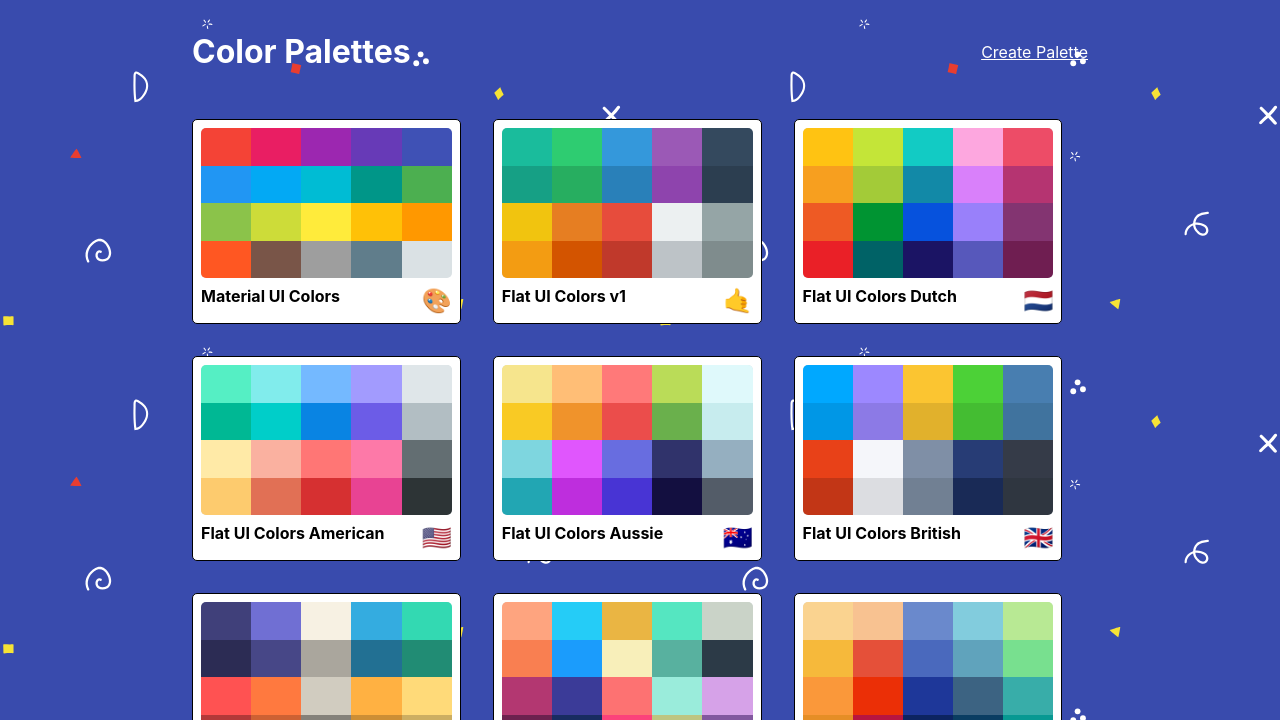
Repository: zhapar/colors-app
Page: /
These files come from the project's save history. The page is drawn as it stood at one moment and after the next save; the edit follows.
The browser window is 1280 px wide. The pictures show the whole page.
An inner scrolling area shows only its first screen. The project was rebuilt for these pictures with package versions that can differ from the ones it lists, and the page was loaded fresh each time. Also part of the build but not shown: src/styles/ColorBoxStyles.js, src/ColorBox.js, src/styles/PaletteFooterStyles.js, src/PaletteFooter.js, src/styles/PaletteStyles.js, src/Palette.js, src/SingleColorPalette.js. Imported but missing from the stored project, and not drawn on this page: src/Navbar, src/NewPaletteForm.

Above is the page before, as saved 2020-09-24 08:35:14.

### public/index.html
<!DOCTYPE html>
<html lang="en">
  <head>
    <meta charset="utf-8" />
    <link rel="icon" href="%PUBLIC_URL%/logo.png" />
    <meta name="viewport" content="width=device-width, initial-scale=1" />
    <meta name="theme-color" content="#000000" />
    <meta
      name="description"
      content="Web site created using create-react-app"
    />
    <link rel="apple-touch-icon" href="%PUBLIC_URL%/logo.png" />
    <!--
      manifest.json provides metadata used when your web app is installed on a
      user's mobile device or desktop. See https://developers.google.com/web/fundamentals/web-app-manifest/
    -->
    <link rel="manifest" href="%PUBLIC_URL%/manifest.json" />
    <!--
      Notice the use of %PUBLIC_URL% in the tags above.
      It will be replaced with the URL of the `public` folder during the build.
      Only files inside the `public` folder can be referenced from the HTML.

      Unlike "/favicon.ico" or "favicon.ico", "%PUBLIC_URL%/favicon.ico" will
      work correctly both with client-side routing and a non-root public URL.
      Learn how to configure a non-root public URL by running `npm run build`.
    -->
    <title>React Color Palettes</title>
  </head>
  <body>
    <noscript>You need to enable JavaScript to run this app.</noscript>
    <div id="root"></div>
    <!--
      This HTML file is a template.
      If you open it directly in the browser, you will see an empty page.

      You can add webfonts, meta tags, or analytics to this file.
      The build step will place the bundled scripts into the <body> tag.

      To begin the development, run `npm start` or `yarn start`.
      To create a production bundle, use `npm run build` or `yarn build`.
    -->
  </body>
</html>

### src/App.js
import React, { Component } from "react";
import { Switch, Route } from "react-router-dom";
import { TransitionGroup, CSSTransition } from "react-transition-group";
import PaletteList from "./PaletteList";
import Palette from "./Palette";
import NewPaletteForm from "./NewPaletteForm";
import SingleColorPalette from "./SingleColorPalette";
import Page from "./Page";
import seedColors from "./seedColors";
import { generatePalette } from "./colorHelpers";

class App extends Component {
  constructor(props) {
    super(props);
    const savedPalettes = JSON.parse(window.localStorage.getItem("palettes"));
    this.state = {
      palettes: savedPalettes || seedColors,
    };
    this.savePalette = this.savePalette.bind(this);
    this.deletePalette = this.deletePalette.bind(this);
  }
  findPalette(id) {
    return this.state.palettes.find(function (palette) {
      return palette.id === id;
    });
  }
  savePalette(newPalette) {
    this.setState(
      { palettes: [...this.state.palettes, newPalette] },
      this.syncLocalStorage
    );
  }
  deletePalette(id) {
    this.setState(
      (st) => ({
        palettes: st.palettes.filter((palette) => palette.id !== id),
      }),
      this.syncLocalStorage
    );
  }
  syncLocalStorage() {
    window.localStorage.setItem(
      "palettes",
      JSON.stringify(this.state.palettes)
    );
  }
  render() {
    const { palettes } = this.state;
    return (
      <Route
        render={({ location }) => (
          <TransitionGroup>
            <CSSTransition key={location.key} classNames="fade" timeout={500}>
              <Switch location={location}>
                <Route
                  exact
                  path="/palette/new"
                  render={(routeProps) => (
                    <Page>
                      <NewPaletteForm
                        savePalette={this.savePalette}
                        palettes={palettes}
                        {...routeProps}
                      />
                    </Page>
                  )}
                />
                <Route
                  exact
                  path="/"
                  render={(routeProps) => (
                    <Page>
                      <PaletteList
                        palettes={palettes}
                        {...routeProps}
                        deletePalette={this.deletePalette}
                      />
                    </Page>
                  )}
                />
                <Route
                  exact
                  path="/palette/:id"
                  render={(routeProps) => (
                    <Page>
                      <Palette
                        palette={generatePalette(
                          this.findPalette(routeProps.match.params.id)
                        )}
                      />
                    </Page>
                  )}
                />
                <Route
                  exact
                  path="/palette/:paletteId/:colorId"
                  render={(routeProps) => (
                    <Page>
                      <SingleColorPalette
                        palette={generatePalette(
                          this.findPalette(routeProps.match.params.paletteId)
                        )}
                        colorId={routeProps.match.params.colorId}
                      />
                    </Page>
                  )}
                />
                <Route
                  render={(routeProps) => (
                    <Page>
                      <PaletteList
                        palettes={palettes}
                        {...routeProps}
                        deletePalette={this.deletePalette}
                      />
                    </Page>
                  )}
                />
              </Switch>
            </CSSTransition>
          </TransitionGroup>
        )}
      />

      // <div>
      //   <Palette palette={generatePalette(seedColors[1])} />
      // </div>
    );
  }
}

export default App;

### src/PaletteList.js
import React, { PureComponent } from "react";
import { TransitionGroup, CSSTransition } from "react-transition-group";
import { Link } from "react-router-dom";
import MiniPalette from "./MiniPalette";
import { withStyles } from "@material-ui/styles";
import Dialog from "@material-ui/core/Dialog";
import List from "@material-ui/core/List";
import ListItem from "@material-ui/core/ListItem";
import ListItemText from "@material-ui/core/ListItemText";
import Avatar from "@material-ui/core/Avatar";
import ListItemAvatar from "@material-ui/core/ListItemAvatar";
import CheckIcon from "@material-ui/icons/Check";
import CloseIcon from "@material-ui/icons/Close";
import DialogTitle from "@material-ui/core/DialogTitle";
import styles from "./styles/PaletteListStyles";
import blue from "@material-ui/core/colors/blue";
import red from "@material-ui/core/colors/red";

class PaletteList extends PureComponent {
  constructor(props) {
    super(props);
    this.state = {
      isDeleteDialogOpen: false,
      deletingItemId: "",
    };
    this.openDialog = this.openDialog.bind(this);
    this.closeDialog = this.closeDialog.bind(this);
    this.handleDelete = this.handleDelete.bind(this);
    this.goToPalette = this.goToPalette.bind(this);
  }

  openDialog(id) {
    this.setState({ isDeleteDialogOpen: true, deletingItemId: id });
  }

  closeDialog() {
    this.setState({ isDeleteDialogOpen: false, deletingItemId: "" });
  }

  handleDelete() {
    this.props.deletePalette(this.state.deletingItemId);
    this.closeDialog();
  }

  goToPalette(id) {
    this.props.history.push(`/palette/${id}`);
  }
  render() {
    const { palettes, classes } = this.props;
    const { isDeleteDialogOpen } = this.state;
    return (
      <div className={classes.root}>
        <div className={classes.container}>
          <nav className={classes.nav}>
            <h1 className={classes.title}>Color Palettes</h1>
            <Link to="/palette/new">Create Palette</Link>
          </nav>
          <TransitionGroup className={classes.palettes}>
            {palettes.map((palette) => (
              <CSSTransition key={palette.id} classNames="fade" timeout={500}>
                <MiniPalette
                  {...palette}
                  key={palette.id}
                  goToPalette={this.goToPalette}
                  handleDelete={this.openDialog}
                />
              </CSSTransition>
            ))}
          </TransitionGroup>
        </div>
        <Dialog
          open={isDeleteDialogOpen}
          aria-labelledby="delete-dialog-title"
          onClose={this.closeDialog}
        >
          <DialogTitle id="delete-dialog-title">
            Delete This Palette?
          </DialogTitle>

          <List>
            <ListItem button onClick={this.handleDelete}>
              <ListItemAvatar>
                <Avatar
                  style={{ backgroundColor: blue[100], color: blue[600] }}
                >
                  <CheckIcon />
                </Avatar>
              </ListItemAvatar>
              <ListItemText primary="Delete" />
            </ListItem>
            <ListItem button onClick={this.closeDialog}>
              <ListItemAvatar>
                <Avatar style={{ backgroundColor: red[100], color: red[600] }}>
                  <CloseIcon />
                </Avatar>
              </ListItemAvatar>
              <ListItemText primary="Cancel" />
            </ListItem>
          </List>
        </Dialog>
      </div>
    );
  }
}

export default withStyles(styles)(PaletteList);

### src/Page.js
import React from "react";
import "./styles/Page.css";

function Page({ children }) {
  return <section className="page">{children}</section>;
}

export default Page;

### src/colorHelpers.js
import chroma from "chroma-js";

const levels = [50, 100, 200, 300, 400, 500, 600, 700, 800, 900];

function generatePalette(starterPalette) {
  let newPalette = {
    paletteName: starterPalette.paletteName,
    id: starterPalette.id,
    emoji: starterPalette.emoji,
    colors: {},
  };
  for (let level of levels) {
    newPalette.colors[level] = [];
  }
  for (let color of starterPalette.colors) {
    let scale = getScale(color.color, 10).reverse();
    for (let i in scale) {
      newPalette.colors[levels[i]].push({
        name: `${color.name} ${levels[i]}`,
        id: color.name.toLowerCase().replace(/ /g, "-"),
        hex: scale[i],
        rgb: chroma(scale[i]).css(),
        rgba: chroma(scale[i])
          .css()
          .replace("rgb", "rgba")
          .replace(")", ",1.0)"),
      });
    }
  }

  return newPalette;
}

function getRange(hexColor) {
  const end = "#fff";
  return [chroma(hexColor).darken(1.4).hex(), hexColor, end];
}

function getScale(hexColor, numberOfColors) {
  return chroma.scale(getRange(hexColor)).mode("lab").colors(numberOfColors);
}

export { generatePalette };

### src/MiniPalette.js
import React, { Component } from "react";
import { withStyles } from "@material-ui/styles";
import DeleteIcon from "@material-ui/icons/Delete";
import styles from "./styles/MiniPaletteStyles";

class MiniPalette extends Component {
  constructor(props) {
    super(props);
    this.handleDelete = this.handleDelete.bind(this);
    this.handleClick = this.handleClick.bind(this);
  }

  handleDelete(e) {
    e.stopPropagation();
    this.props.handleDelete(this.props.id);
  }

  handleClick() {
    this.props.goToPalette(this.props.id);
  }

  render() {
    const { classes, paletteName, emoji, colors } = this.props;

    const miniColorBoxes = colors.map((color) => (
      <div
        className={classes.miniColor}
        style={{ backgroundColor: color.color }}
        key={color.name}
      ></div>
    ));
    return (
      <div className={classes.root} onClick={this.handleClick}>
        <DeleteIcon
          className={classes.deleteIcon}
          style={{ transition: "all 0.3s ease-in-out" }}
          onClick={this.handleDelete}
        />
        <div className={classes.colors}>{miniColorBoxes}</div>
        <h5 className={classes.title}>
          {paletteName} <span className={classes.emoji}>{emoji}</span>{" "}
        </h5>
      </div>
    );
  }
}

export default withStyles(styles)(MiniPalette);

### src/styles/PaletteListStyles.js
import sizes from "./sizes";
import bg from "./bg.svg";

export default {
  "@global": {
    ".fade-exit": {
      opacity: "1",
    },
    ".fade-exit-active": {
      opacity: "0",
      transition: "opacity 500ms ease-out",
    },
  },
  root: {
    height: "100vh",
    display: "flex",
    alignItems: "flex-start",
    justifyContent: "center",
    // background by SVGBackgrounds.com
    backgroundColor: "#394bad",
    backgroundImage: `url(${bg})`,
    overflowY: "scroll",
  },
  title: {
    fontSize: "2rem",
    [sizes.down("xs")]: {
      fontSize: "1.6rem",
    },
  },
  container: {
    width: "55%",
    display: "flex",
    alignItems: "flex-start",
    flexDirection: "column",
    flexWrap: "wrap",
    [sizes.down("xl")]: {
      width: "70%",
    },
  },
  nav: {
    display: "flex",
    width: "100%",
    justifyContent: "space-between",
    alignItems: "center",
    color: "#fff",
    [sizes.down("xs")]: {
      fontSize: "0.8rem",
    },
    "& a": {
      color: "#fff",
    },
  },
  palettes: {
    boxSizing: "border-box",
    width: "100%",
    display: "grid",
    gridTemplateColumns: "repeat(3, 30%)",
    gridGap: "2rem",
    padding: "1rem 0 2rem",
    [sizes.down("md")]: {
      gridTemplateColumns: "repeat(2, 50%)",
    },
    [sizes.down("xs")]: {
      gridTemplateColumns: "repeat(1, 100%)",
      gridGap: "1rem",
    },
  },
};

### src/styles/Page.css
.page {
  height: 100vh;
  width: 100%;
  position: fixed;
  top: 0;
  transition: opacity 0.5s ease-in-out !important;
}

.fade-enter {
  opacity: 0 !important;
}

.fade-enter-active {
  opacity: 1 !important;
}

.fade-exit-active {
  opacity: 0 !important;
}

### src/styles/MiniPaletteStyles.js
export default {
  root: {
    backgroundColor: "white",
    border: "1px solid black",
    borderRadius: "5px",
    padding: "0.5rem",
    position: "relative",
    overflow: "hidden",
    cursor: "pointer",
    "&:hover svg": {
      opacity: "1",
    },
  },
  colors: {
    backgroundColor: "#dae1e4",
    height: "150px",
    width: "100%",
    borderRadius: "5px",
    overflow: "hidden",
    display: "flex",
    flexWrap: "wrap",
    alignContent: "flex-start",
    justifyContent: "flex-start",
  },
  title: {
    display: "flex",
    justifyContent: "space-between",
    alignItem: "center",
    fontSize: "1rem",
    margin: "0",
    color: "black",
    paddingTop: "0.5rem",
    position: "relative",
  },
  emoji: {
    marginLeft: "0.5rem",
    fontSize: "1.5rem",
  },
  miniColor: {
    height: "25%",
    width: "20%",
    display: "inline-block",
    margin: "0",
    position: "relative",
  },
  deleteIcon: {
    color: "white",
    backgroundColor: "#eb3d30",
    position: "absolute",
    top: "0",
    right: "0",
    padding: "10px",
    width: "20px",
    height: "20px",
    zIndex: "10",
    opacity: "0",
    transition: "all 0.3s ease-in-out",
  },
};

### src/styles/sizes.js
export default {
  up() {},
  down(size) {
    const sizes = {
      xs: "575.98px",
      sm: "767.98px",
      md: "991.98px",
      lg: "1199.98px",
      xl: "1400px",
    };
    return `@media (max-width: ${sizes[size]})`;
  },
};

Loaded but not shown: src/index.js (common file); src/index.css (common file); src/serviceWorker.js (common file); src/seedColors.js (244 lines, source omitted)

After the next save:
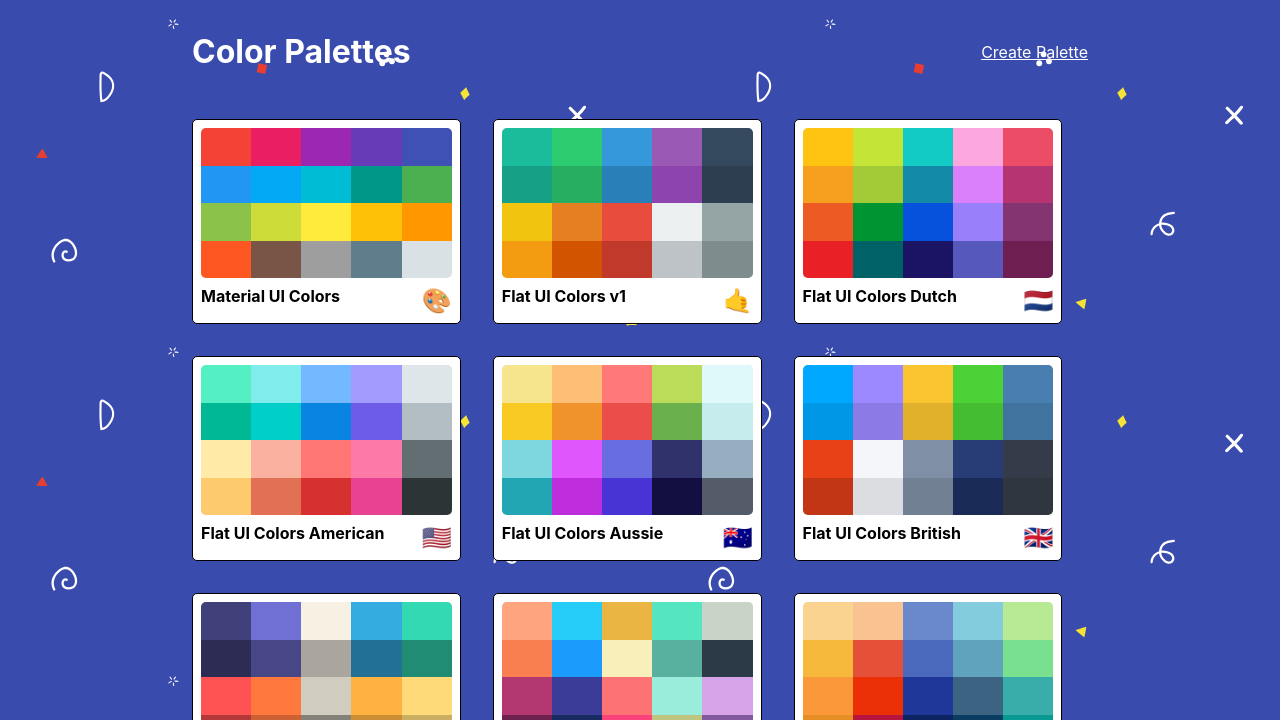
Saved 117 s later.
--- a/src/styles/PaletteListStyles.js
+++ b/src/styles/PaletteListStyles.js
@@ -17,8 +17,7 @@ export default {
     alignItems: "flex-start",
     justifyContent: "center",
     // background by SVGBackgrounds.com
-    backgroundColor: "#394bad",
-    backgroundImage: `url(${bg})`,
+    background: `#394bad url(${bg}) right top`,
     overflowY: "scroll",
   },
   title: {
